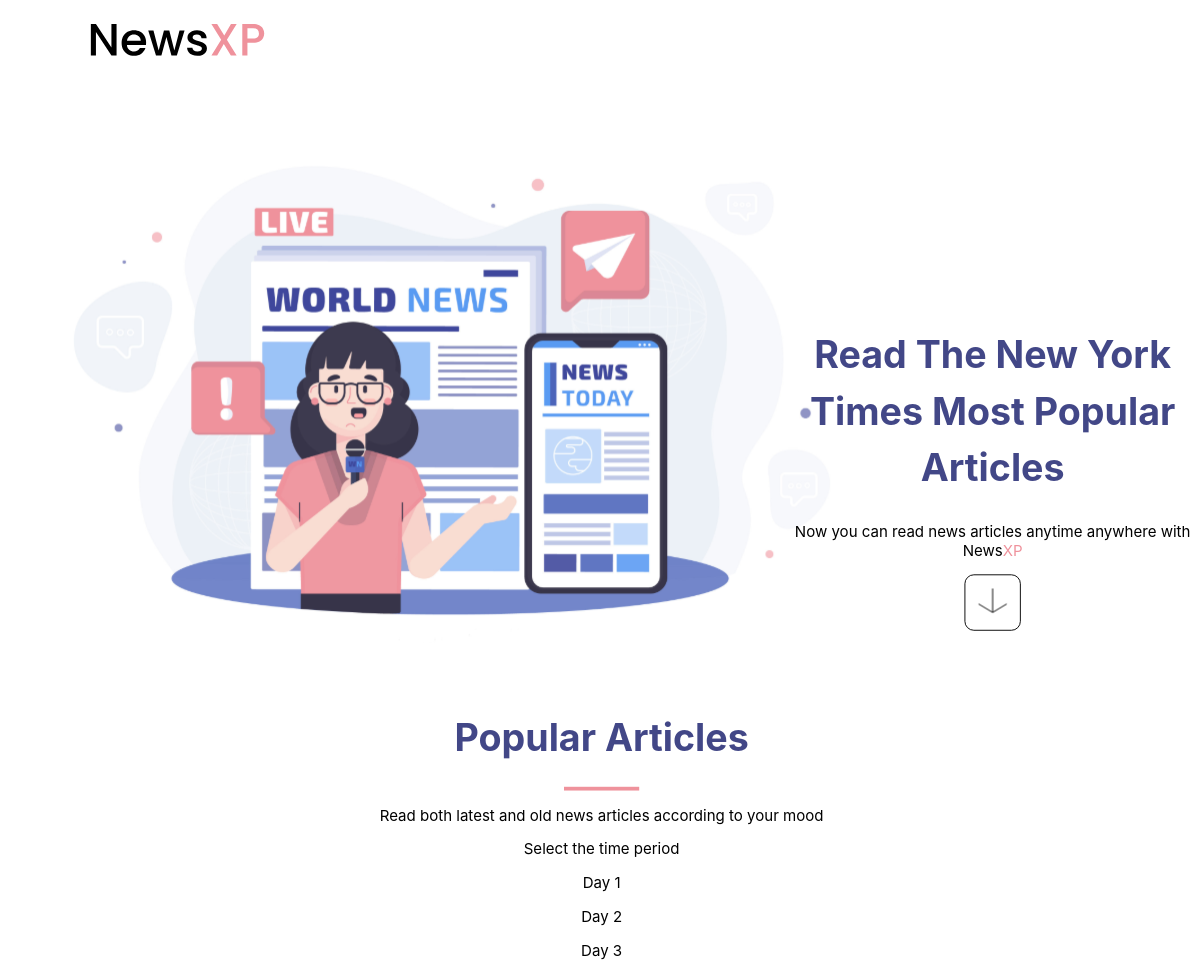
Repository: vishalsinghhh/NewsXP
Page: /
These files come from the project's save history. The page is drawn as it stood at one moment and after the next save; the edit follows.
The browser window is 1280 px wide. The pictures show the whole page, at 94% of full size.
The project was rebuilt for these pictures with package versions that can differ from the ones it lists, and the page was loaded fresh each time. Imported but missing from the stored project, and not drawn on this page: src/pages/Error.

Above is the page before, as saved 2021-08-20 11:16:57.

After the next save:
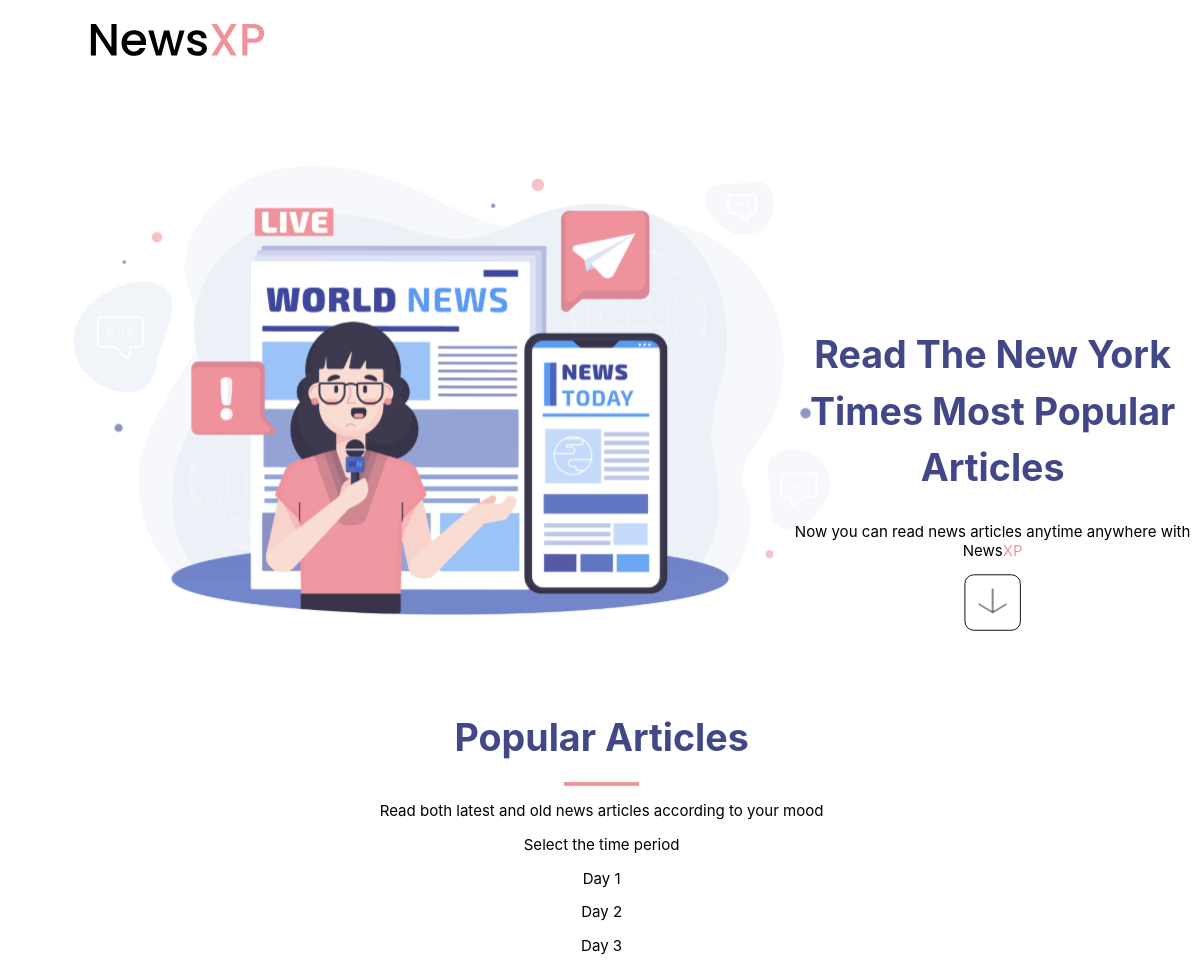
Saved 6 s later.
--- a/src/pages/pages.css
+++ b/src/pages/pages.css
@@ -104,7 +104,7 @@
   width: 5rem;
   height: 0.25rem;
   background: #EF929C;
-  margin-top: -1%;
+  margin-top: -2%;
   margin-left: auto;
   margin-right: auto;
 }
